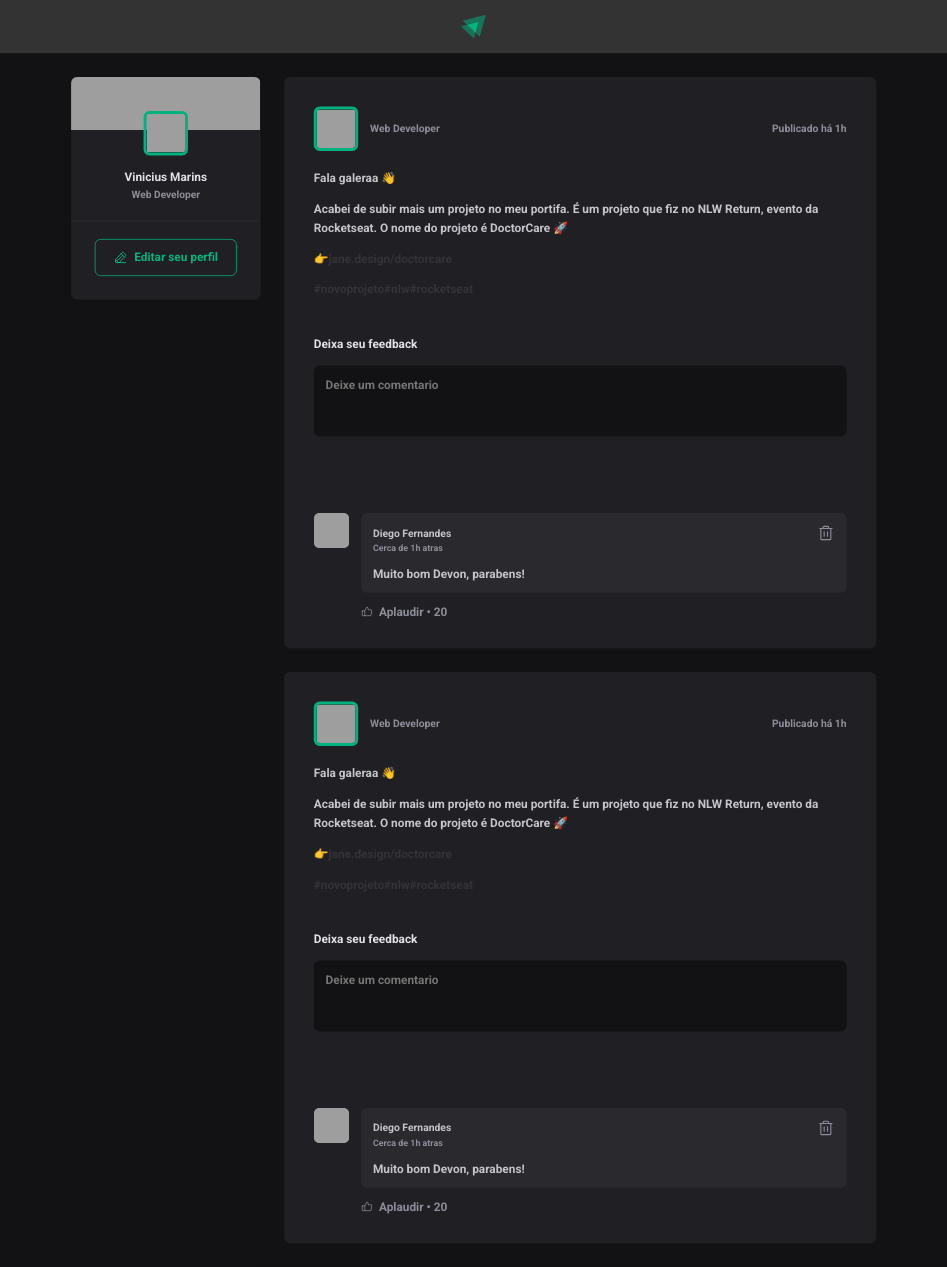
Repository: viniimartins/reactFundamentosRocketseat
Page: /
The author's editor kept a copy of each file at every save. The page is drawn from the files as they stood at one save, then again after the next save.
The browser window is 1280 px wide. The pictures show the whole page, at 74% of full size.
Pictures or frames that could not be fetched are drawn as grey boxes. The project was rebuilt for these pictures with package versions that can differ from the ones it lists, and the page was loaded fresh each time. Also part of the build but not shown: vite.config.js.

Above is the page before, as saved 2023-05-02 13:24:34.

### index.html
<!DOCTYPE html>
<html lang="en">
  <head>
    <meta charset="UTF-8" />

    <link rel="preconnect" href="https://fonts.googleapis.com">
    <link rel="preconnect" href="https://fonts.gstatic.com" crossorigin>

    <link rel="icon" type="image/svg+xml" href="/vite.svg" />
    <meta name="viewport" content="width=device-width, initial-scale=1.0" />


    <link href="https://fonts.googleapis.com/css2?family=Montserrat&family=Roboto:wght@700&display=swap" rel="stylesheet">


    <title>Vite + React</title>
  </head>
  <body>
    <div id="root"></div>
    <script type="module" src="/src/main.jsx"></script>
  </body>
</html>

### src/App.jsx
import { Header } from './Components/Header'
import { Sidebar } from './Components/Sidebar'
import { Post } from './Components/Post'

import styles from './App.module.css'

import './global.css'

// author : { avatar_url: "", name: "", role: ""}
// publishedAt: Date
// content : String




const posts = [
  {
    id: 1,
    author: {
      avatarUrl: 'https://avatars.githubusercontent.com/u/84347013?v=4',
      name: "Diego Fernades",
      role: 'CTO @ Rocketseat'
    },
    content: [
      { type: 'paragraph', content: "Fala galeraa 👋", },
      { type: 'paragraph', content: "Acabei de subir mais um projeto no meu portifa. É um projeto que fiz no NLW Return, evento da Rocketseat. O nome do projeto é DoctorCare 🚀," },
      { type: 'link', content: 'jane.design/doctorcare' },
    ],
    publishedAt: new Date('2023-05-02 20:00:00')
  },
  {
    id: 2,
    author: {
      avatarUrl: 'https://github.com/maykbrito.png',
      name: "Mayk Brito",
      role: 'Educator @ Rocketseat'
    },
    content: [
      { type: 'paragraph', content: "Fala galeraa 👋", },
      { type: 'paragraph', content: "Acabei de subir mais um projeto no meu portifa. É um projeto que fiz no NLW Return, evento da Rocketseat. O nome do projeto é DoctorCare 🚀," },
      { type: 'link', content: 'jane.design/doctorcare' },
    ],
    publishedAt: new Date('2023-05-04 20:00:00')
  },
];


function App() {
  return (
    <>
      <div>
        <Header />

        <div className={styles.wrapper}>
          <Sidebar />
          <main>
            {posts.map(post => {
              return (
                <Post
                  key={post.id}
                  author={post.author}
                  content={post.content}
                  publishedAt={post.publishedAt}
                />
              )
            })}
          </main>
        </div>
      </div>

    </>
  )

}

export default App

### src/Components/Header.jsx
import styles from './Header.module.css';
import igniteLogo from '../assets/ignite-logo.svg'

export function Header() {
    return (
        <header className={styles.header}>
            <img src={igniteLogo}></img>
        </header>
    );
}

### src/Components/Sidebar.jsx
import { PencilLine } from "phosphor-react";

import styles from './Sidebar.module.css'
import { Avatar } from "./Avatar";

export function Sidebar() {
    return (
        <aside className={styles.sidebar}>
            <img
                className={styles.cover}
                src="https://images.unsplash.com/photo-1587620962725-abab7fe55159?ixlib=rb-4.0.3&ixid=MnwxMjA3fDB8MHxwaG90by1wYWdlfHx8fGVufDB8fHx8&auto=format&fit=crop&w=500&q=50"
            />
            <div className={styles.profile}>
                <Avatar src="https://avatars.githubusercontent.com/u/84347013?v=4" />
                <strong>Vinicius Marins</strong>
                <span>Web Developer</span>
            </div>

            <footer>
                <a href="#">
                    <PencilLine size={20} />
                    Editar seu perfil</a>
            </footer>
        </aside>
    )
}

### src/Components/Post.jsx
import styles from './Post.module.css'
import { Comment } from './Comment'
import { Avatar } from './Avatar'


export function Post(props) {
    return (
        <article className={styles.post}>
            <header>
                <div className={styles.author}>
                    <Avatar src={props.author.avatarUrl} />
                    <div className={styles.authorInfo}>
                        <strong>{}</strong>
                        <span>Web Developer</span>
                    </div>
                </div>
                <time title="11 de Maio ás 08:13" dateTime="2022-05-11 08:13:30">Publicado há 1h</time>
            </header>


            <div className={styles.content}>
                <p> Fala galeraa 👋</p>
                <p>Acabei de subir mais um projeto no meu portifa. É um projeto que fiz no NLW Return, evento da Rocketseat. O nome do projeto é DoctorCare 🚀</p>
                <p>👉<a href="">jane.design/doctorcare</a></p>
                <p>
                    <a href="">#novoprojeto</a>{''}
                    <a href="">#nlw</a>{''}
                    <a href="">#rocketseat</a>
                </p>
            </div>

            <form className={styles.commentForm}>
                <strong>Deixa seu feedback</strong>

                <textarea
                    placeholder='Deixe um comentario'
                />

                <footer>
                    <button type="submit">Publicar</button>
                </footer>
            </form>

            <div className={styles.commentList}>
                <Comment />
            </div>
        </article>
    )
}

### src/global.css
:root {
  --white: #fff;

  --gray-100: #e1e1e6;
  --gray-300: #c4c4cc;
  --gray-400: #8d8d99;
  --gray-500: #323238;
  --gray-700: #29292e;
  --gray-800: #202024;
  --gray-900: #121214;

  --green-500: #00b37e;
  --green-300: #00875f;

  --red-500: #f75a68
}

:focus {
  outline: transparent;
  box-shadow: 0 0 0 2px var(--green-500);
}

* {
  margin: 0;
  padding: 0;
  box-sizing: border-box;
}

body {
  background: var(--gray-900);
  color: var(--gray-300);
  -webkit-font-smoothing: antialiased;
}

body,
input,
textarea,
button {
  font-family: "Roboto", sans-serif;
  font-weight: 400;
  font-size: 1rem;
}

### src/Components/Header.module.css
.header {
    background: #333;
    display: flex;
    justify-content: center;
    padding: 1.25rem 0
}

.header img {
    height: 2rem;
}

### src/Components/Sidebar.module.css
.sidebar {
  background: var(--gray-800);
  border-radius: 8px;
  overflow: hidden;
}

.cover {
  width: 100%;
  height: 72px;
  object-fit: cover;
}

.profile {
  display: flex;
  flex-direction: column;
  align-items: center;

  margin-top: calc(0px - 1.5rem - 6px);
}

.profile strong {
  margin-top: 1rem;
  color: var(--gray-100);
  line-height: 1.6;
}

.profile span {
  font-size: 0.857rem;
  color: var(--gray-400);
  line-height: 1.6;
}

.sidebar footer {
  border-top: 1px solid var(--gray-700);
  margin-top: 1.5rem;
  padding: 1.5rem 2rem 2rem;
}

.sidebar footer a {
  background: transparent;
  color: var(--green-500);
  border: 1px solid var(--green-500);
  border-radius: 8px;
  height: 50px;
  padding: 0 1.5rem;
  font-weight: bold;
  display: block;
  text-decoration: none;

  display: flex;
  align-items: center;
  justify-content: center;

  gap: 0.5rem;

  transition: color 0.1s, background-color 0.1s;
}

.sidebar footer a:hover {
  background: var(--green-500);
  color: var(--white);
}

### src/Components/Avatar.jsx
import styles from './Avatar.module.css';

export function Avatar({ hasBorder = true, src }) {
    return (
        <img
            className={hasBorder ? styles.avatarWithBorder : styles.avatar}
            src={src}
        />
    )
}

### src/Components/Post.module.css
.post {
  background: var(--gray-800);
  border-radius: 8px;
  padding: 2.5rem;
}

.post + .post {
  margin-top: 2rem;
}

.content {
  line-height: 1.6;
  color: var(--gray-300);
  margin-top: 1.5rem;
}

.content p {
  margin-top: 1rem;
}

.content a {
  font-weight: bold;
  color: var(--gray-500);
  text-decoration: none;
}

.content a:hover {
  color: var(--gray-300);
}

.post > header {
  display: flex;
  align-items: center;
  justify-content: space-between;
}

.post > header time {
  font-size: 0.875rem;
  color: var(--gray-400);
}

.author {
  display: flex;
  align-items: center;
  gap: 1rem;
}

.authorInfo strong {
  display: block;
  color: var(--gray-100);
  line-height: 1;
}

.authorInfo span {
  display: block;
  font-size: 0.875rem;
  color: var(--gray-400);
  line-height: 1;
}

.commentForm {
  width: 100%;
  margin-top: 1.5rem;
  padding-top: 1.5rem;
  border-top: 1px solid var(--gray-600);
}

.commentForm > strong {
  line-height: 1.6;
  color: var(--gray-100);
}

.commentForm textarea {
  width: 100%;
  background-color: var(--gray-900);
  border: 0px;
  resize: none;
  height: 6rem;
  padding: 1rem;
  border-radius: 8px;
  color: var(--gray-100);
  line-height: 1.4;
  margin-top: 1rem;
}

.commentForm button[type="submit"] {
  padding: 1rem 1.5rem;
  margin-top: 1rem;
  border-radius: 8px;
  border: 0;
  background-color: var(--green-500);
  color: var(--white);
  font-weight: bold;
  cursor: pointer;
  transition: background-color 0.1s;
}

.commentForm footer {
  visibility: hidden;
  max-width: 0;
}

.commentForm:focus-within footer {
  visibility: visible;
  max-width: none;
}

.commentForm button[type="submit"]:hover {
  background-color: var(--green-300);
}

.commentList {
  margin-top: 2rem;
}

### src/Components/Comment.jsx
import { ThumbsUp, Trash } from 'phosphor-react'
import styles from './Comment.module.css'
import { Avatar } from './Avatar'

export function Comment() {
    return (
        <div className={styles.comment}>
            <Avatar hasBorder={false} src="https://avatars.githubusercontent.com/u/84347013?v=4" alt="" />

            <div className={styles.commentBox}>
                <div className={styles.commentContent}>
                    <header>
                        <div className={styles.authorAndTime}>
                            <strong>Diego Fernandes</strong>
                            <time title="11 de Maio ás 08:13" dateTime="2022-05-11 08:13:30">Cerca de 1h atras</time>
                        </div>

                        <button title='Deletar comentario'>
                            <Trash size={24} />
                        </button>
                    </header>
                    <p>
                        Muito bom Devon, parabens!
                    </p>
                </div>
                <footer>
                    <button>
                        <ThumbsUp />
                        Aplaudir <span>20</span>
                    </button>
                </footer>
            </div>
        </div>
    )
}

### src/Components/Avatar.module.css
.avatar {
  width: 3rem;
  height: 3rem;
  border-radius: 8px;
}

.avatarWithBorder {
  width: calc(3rem + 12px);
  height: calc(3rem + 12px);
  border-radius: 8px;
  border: 4px solid var(--gray-800);
  border: 4px solid var(--green-500);
}

### src/Components/Comment.module.css
.comment {
  margin-top: 1.5rem;
  display: flex;
  gap: 1rem;
}

.comment > img {
  width: 3rem;
  height: 3rem;
  border-radius: 8px;
}

.commentBox {
  flex: 1;
}

.commentContent {
  background: var(--gray-700);
  border-radius: 8px;
  padding: 1rem;
}

.commentContent > header {
  display: flex;
  align-items: flex-start;
  justify-content: space-between;
}

.authorAndTime {
  display: flex;
  flex-direction: column;
}

.authorAndTime strong {
  display: block;
  font-size: 0.875rem;
  line-height: 1.6;
}

.authorAndTime time {
  display: block;
  font-size: 0.75rem;
  line-height: 1.6;
  color: var(--gray-400);
}

.commentContent header button {
  background: transparent;
  border: 0;
  color: var(--gray-400);
  cursor: pointer;
  line-height: 0;
  border-radius: 4px;
}

.commentContent header button:hover {
  color: var(--red-500);
}

.commentContent p {
  margin-top: 1rem;
  color: var(--gray-300);
}

.commentBox footer {
  margin-top: 1rem;
}

.commentBox footer button {
  background: transparent;
  border: 0;
  color: var(--gray-400);
  cursor: pointer;

  display: flex;
  align-items: center;
  border-radius: 2px;
}

.commentBox footer button:hover {
    color: var(--green-300);

}

.commentBox footer button svg {
    margin-right: 0.5rem;
}

.commentBox footer button span::before {
    content: "\2022";
    padding: 0 0.25rem;
}

Loaded but not shown: src/main.jsx (common file); src/App.module.css (common file)

After the next save:
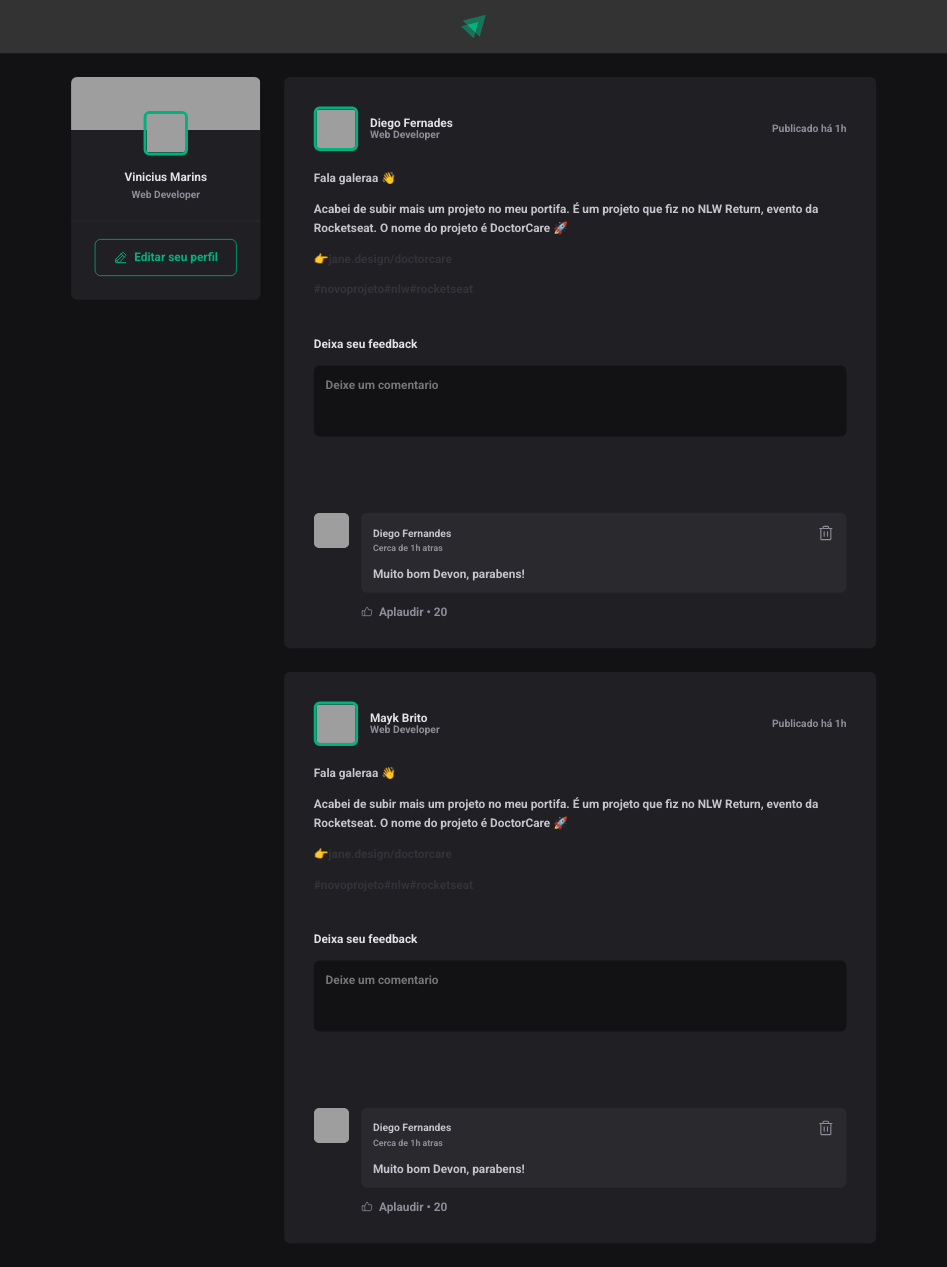
Saved 5 s later.
--- a/src/Components/Post.jsx
+++ b/src/Components/Post.jsx
@@ -10,7 +10,7 @@ export function Post(props) {
                 <div className={styles.author}>
                     <Avatar src={props.author.avatarUrl} />
                     <div className={styles.authorInfo}>
-                        <strong>{}</strong>
+                        <strong>{props.author.name}</strong>
                         <span>Web Developer</span>
                     </div>
                 </div>
